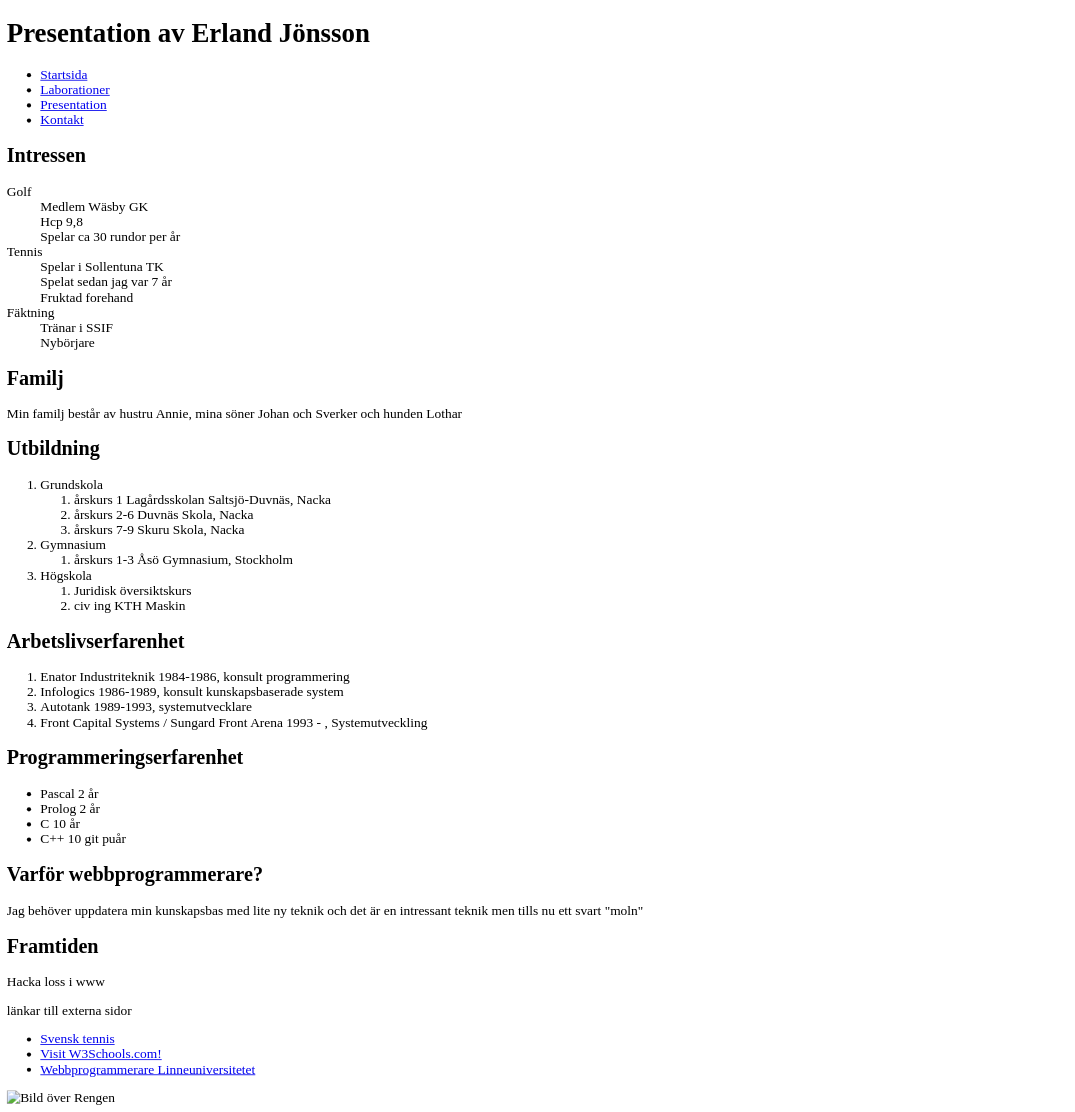
Repository: ej222ru/1IK415-laborationer
Page: pages/presentation.html
The author's editor kept a record of every edit. The page is drawn from the files as they stood at one moment, then again after the next edit.
The browser window is 1280 px wide. The pictures show the whole page, at 84% of full size.

Above is the page before.
Not found: pics/Min_bild.jpg

After the next edit:
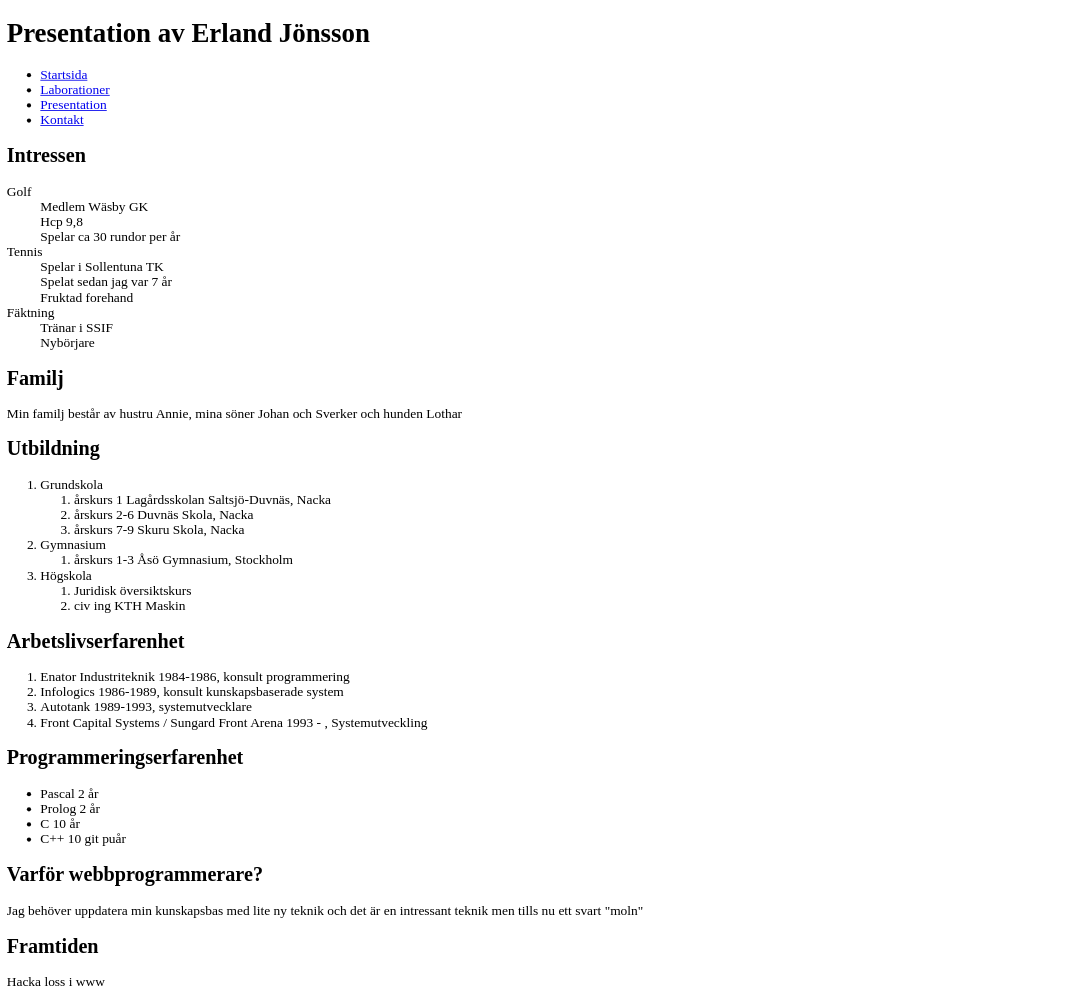
The edit:
--- a/pages/presentation.html
+++ b/pages/presentation.html
@@ -72,12 +72,6 @@
             <p>Jag behöver uppdatera min kunskapsbas med lite ny teknik och det är en intressant teknik men tills nu ett svart "moln"</p>
         <h2>Framtiden</h2>
             <p>Hacka loss i www</p>
-        <p>länkar till externa sidor</p>
-        <ul>
-            <li><a href="http://iof3.idrottonline.se/default.aspx?id=1591">Svensk tennis</a></li>
-            <li><a href="http://www.w3schools.com">Visit W3Schools.com!</a></li>
-            <li><a href="http://www.webbprogrammerare.se">Webbprogrammerare Linneuniversitetet</a></li>
-        </ul>
-        <img src="../pics/Min_bild.jpg" alt="Bild över Rengen"> <a id="BildRengen"></a>
+
     </body>
 </html>
